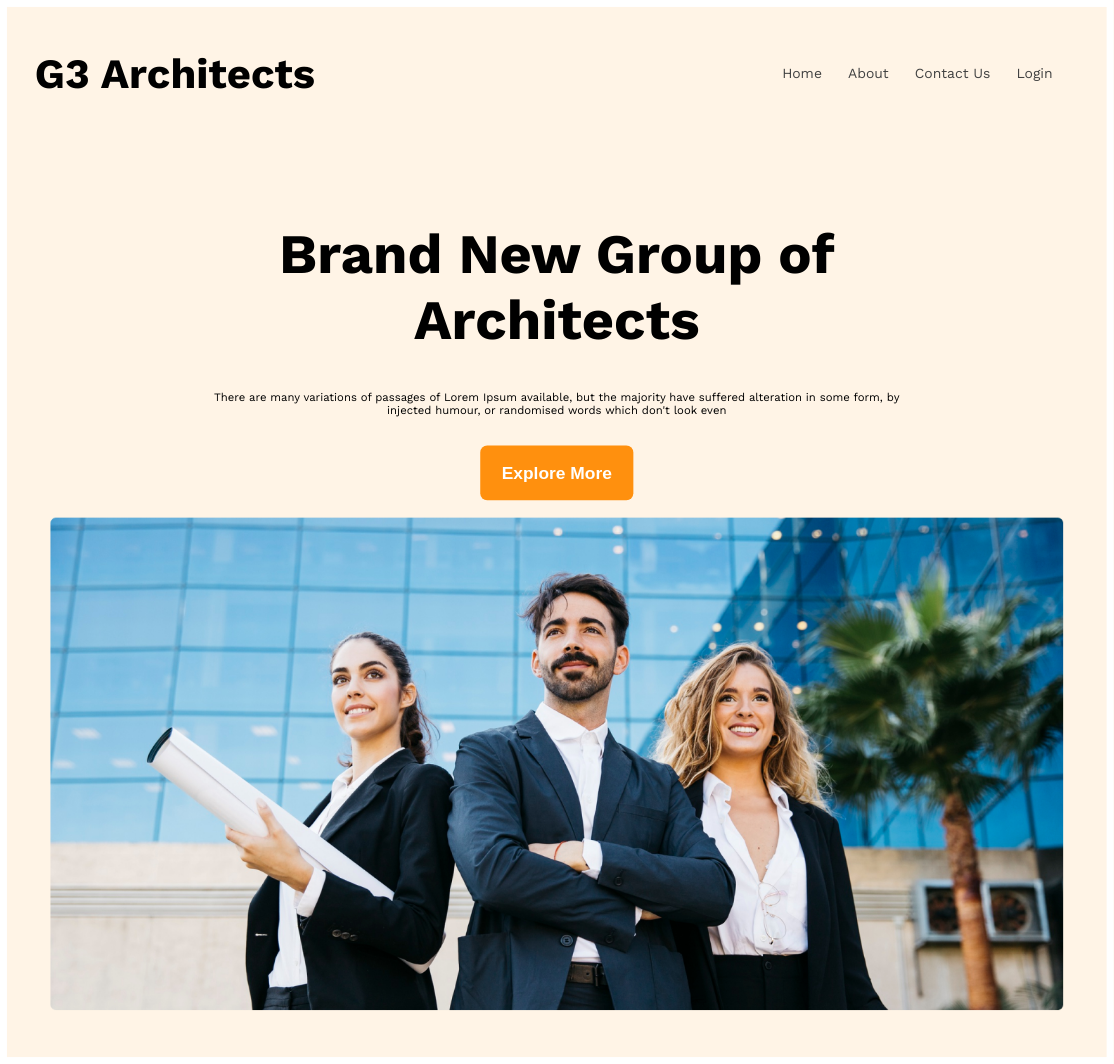
Repository: dollyrakhe22/g3-architects-website
Page: index.html
These files come from the project's save history. The page is drawn as it stood at one moment and after the next save; the edit follows.
The browser window is 1280 px wide. The pictures show the whole page, at 87% of full size.

Above is the page before, as saved 2025-07-20 17:57:00.

### index.html
<!DOCTYPE html>
<html lang="en">
<head>
    <meta charset="UTF-8">
    <meta name="viewport" content="width=device-width, initial-scale=1.0">
    <title>Architects Website</title>
    <link rel="stylesheet" href="style.css">
</head>
<body class="work-sans-font">
   <header>
     <header class="bg-light">
           <nav class="navbar  display-flex">
             <h3 class="brand">G3 Architects</h3>
             <ul class="nav-links display-flex">
              <li class="nav-item"><a href="" class="nav-link text-gray ">Home</a></li>
              <li class="nav-item"><a href="" class="nav-link text-gray ">About</a></li>
              <li class="nav-item"><a href="" class="nav-link text-gray ">Contact Us</a></li>
              <li class="nav-item"><a href="" class="nav-link text-gray ">Login</a></li>
             </ul>
           </nav>
           <div class="banner">
          <div class="banner-content">
              <h1 class="banner-title">Brand New Group of Architects </h1>
              <p class="banner-description">There are many variations of passages of Lorem Ipsum available, but the majority have suffered alteration in some form, by injected humour,
              or randomised words which don't look even</p>
            <button class="btn-primary">Explore More</button>
          </div>
            <img class="banner-img" src="images/banner.png" alt="" srcset="">
           </div>
    </header>
   </header>


   <main>
   </main>
    <footer>

    </footer>
</body>
</html>

### style.css
@import url('https://fonts.googleapis.com/css2?family=Work+Sans:ital,wght@0,100..900;1,100..900&display=swap');

.work-sans-font {
  font-family: "Work Sans", sans-serif;
  font-optical-sizing: auto;
  font-weight: 400px;
  font-style: normal;
}
/*shared styles*/
.display-flex{
  display: flex;
}
/*dark 02*/
.text-gray{
  color: #424242;
}
/*dark 03*/
.text-light-gray{
  color:#727272;
}
.navbar{
  justify-content: space-between;
  align-items: center;
}
.bg-light{
  background-color: rgba(255, 144, 14, 0.1);
}
.brand{
  font-weight: 700;
  font-size: 3rem;
}
/*header styles*/


/*navbar related styles*/
.navbar{
  display: flex;
}
.nav-item{
  list-style: none;
  margin-right: 30px;
}
.nav-link{
  text-decoration: none;
  font-size: 500;
}
.navbar,.banner {
  max-width: 1200px;
  margin: 0 auto;

}


/*banner related styles*/
.banner-content{
  max-width: 800px;
  margin: 0 auto;
  text-align: center;
  margin-bottom: 20px;

}
.banner{
  padding: 50px;

}
.banner-img{
  width: 100%;
}
.banner-title{
  font-weight: 700;
  font-size: 4rem;
}
.banner-description{
  font-size: 13px;


}
.btn-primary{
  background-color: #FF900E;
  color: white;
  padding: 20px 25px;
  font-size: 1.25rem;
  font-weight: 600;
  border:none;
  border-radius: 8px;
  margin-top: 20px;
  margin-top: 20px;

}
/*responsive media query*/
@media screen and (max-width: 576px){
  .navbar, .nav-link{
    flex-direction: column;
  }


}

After the next save:
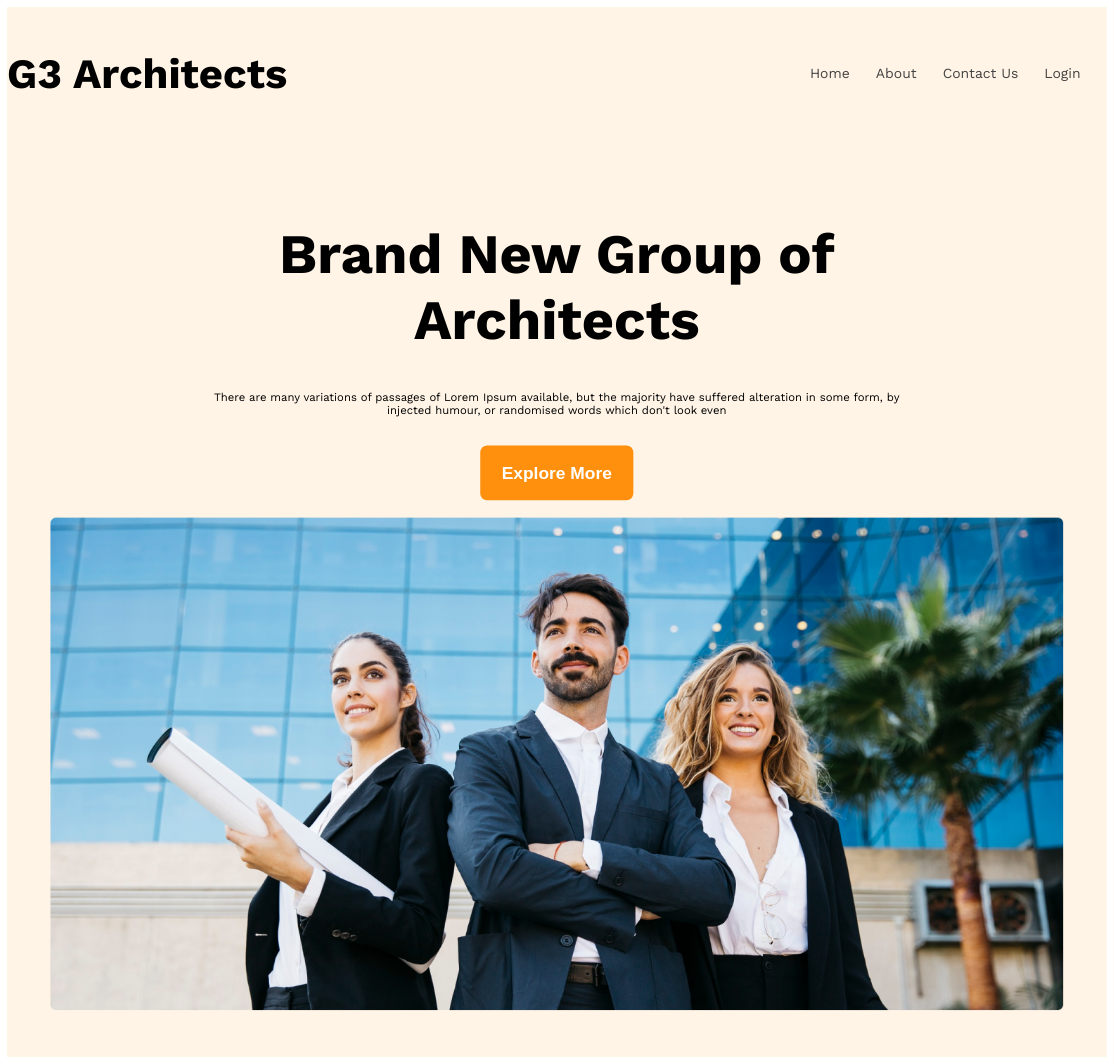
Saved 14 min 52 s later.
--- a/style.css
+++ b/style.css
@@ -45,7 +45,7 @@
   font-size: 500;
 }
 .navbar,.banner {
-  max-width: 1200px;
+  max-width: 1400px;
   margin: 0 auto;
 
 }

After the save that followed:
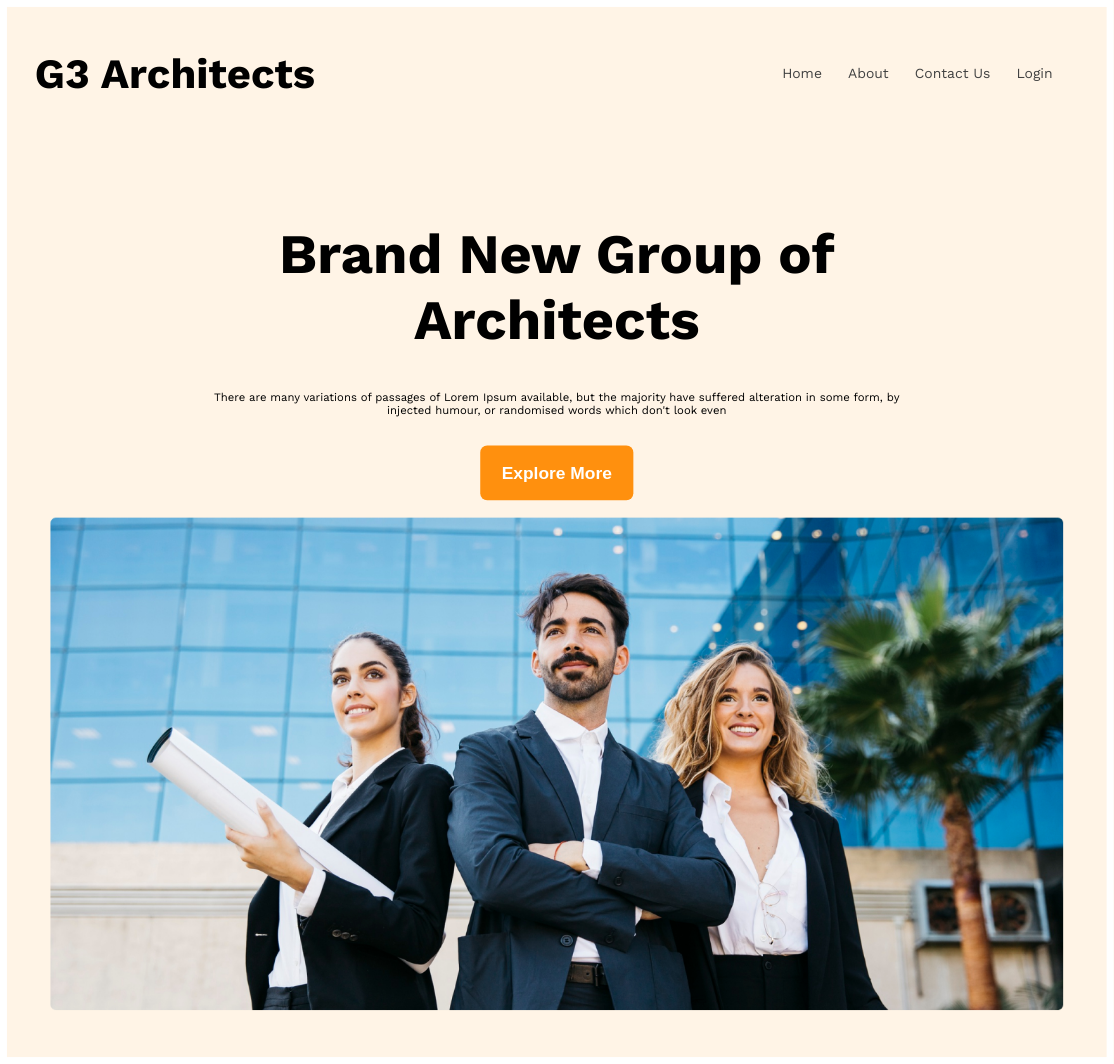
Saved 30 s later.
--- a/style.css
+++ b/style.css
@@ -45,7 +45,7 @@
   font-size: 500;
 }
 .navbar,.banner {
-  max-width: 1400px;
+  max-width: 1200px;
   margin: 0 auto;
 
 }
